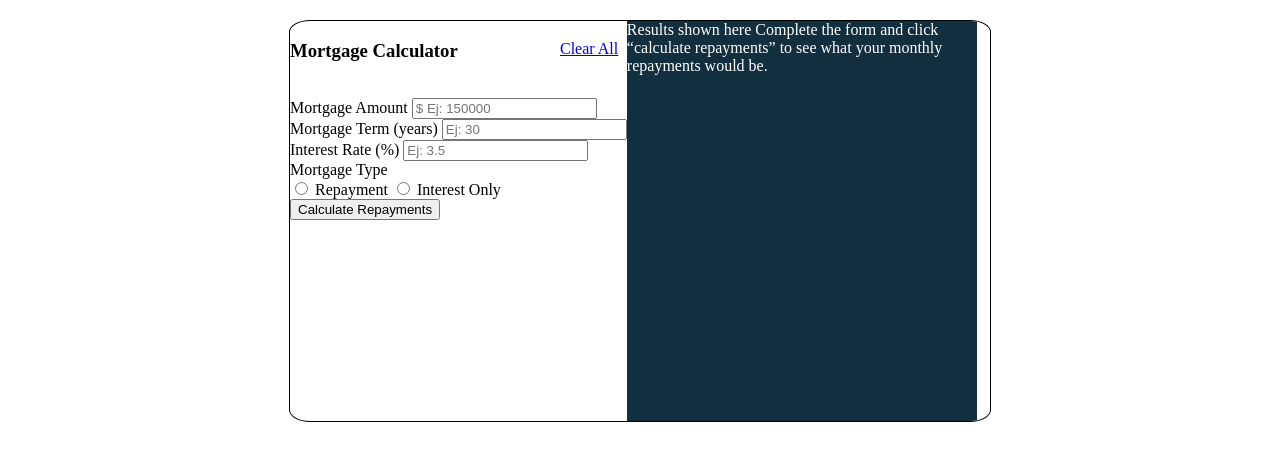
Repository: GravielPV/Mortgage-repayment-calculator
Page: index.html
The author's editor kept a copy of each file at every save. The page is drawn from the files as they stood at one save, then again after the next save.
The browser window is 1280 px wide. The pictures show the whole page.

Above is the page before, as saved 2025-12-11 17:07:07.

After the next save:
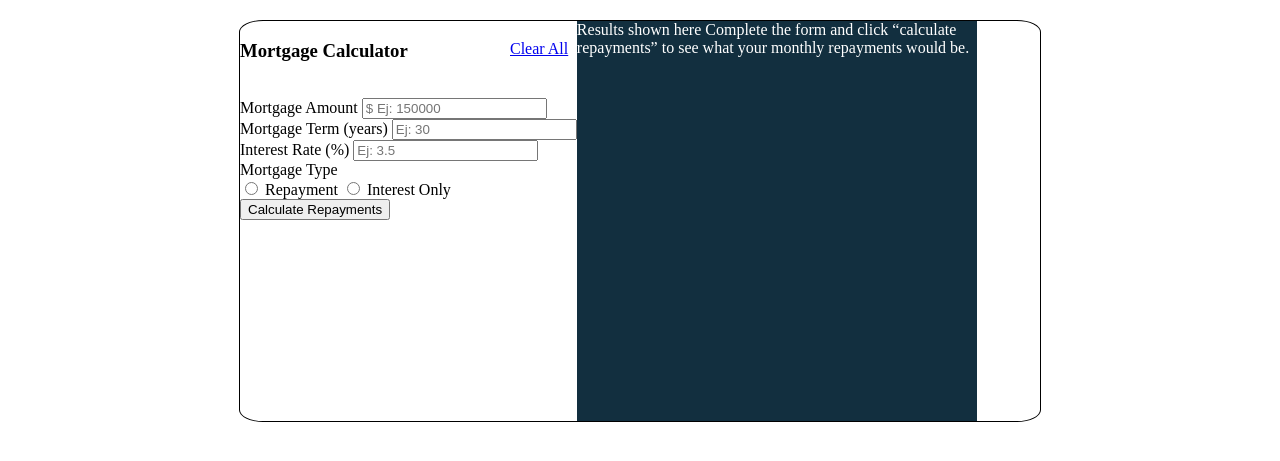
Saved 12 s later.
--- a/styles.css
+++ b/styles.css
@@ -1,5 +1,5 @@
 .carta{
-    width: 700px;
+    width: 800px;
     height: 400px;
 display: flex;
 margin: 20px auto;
